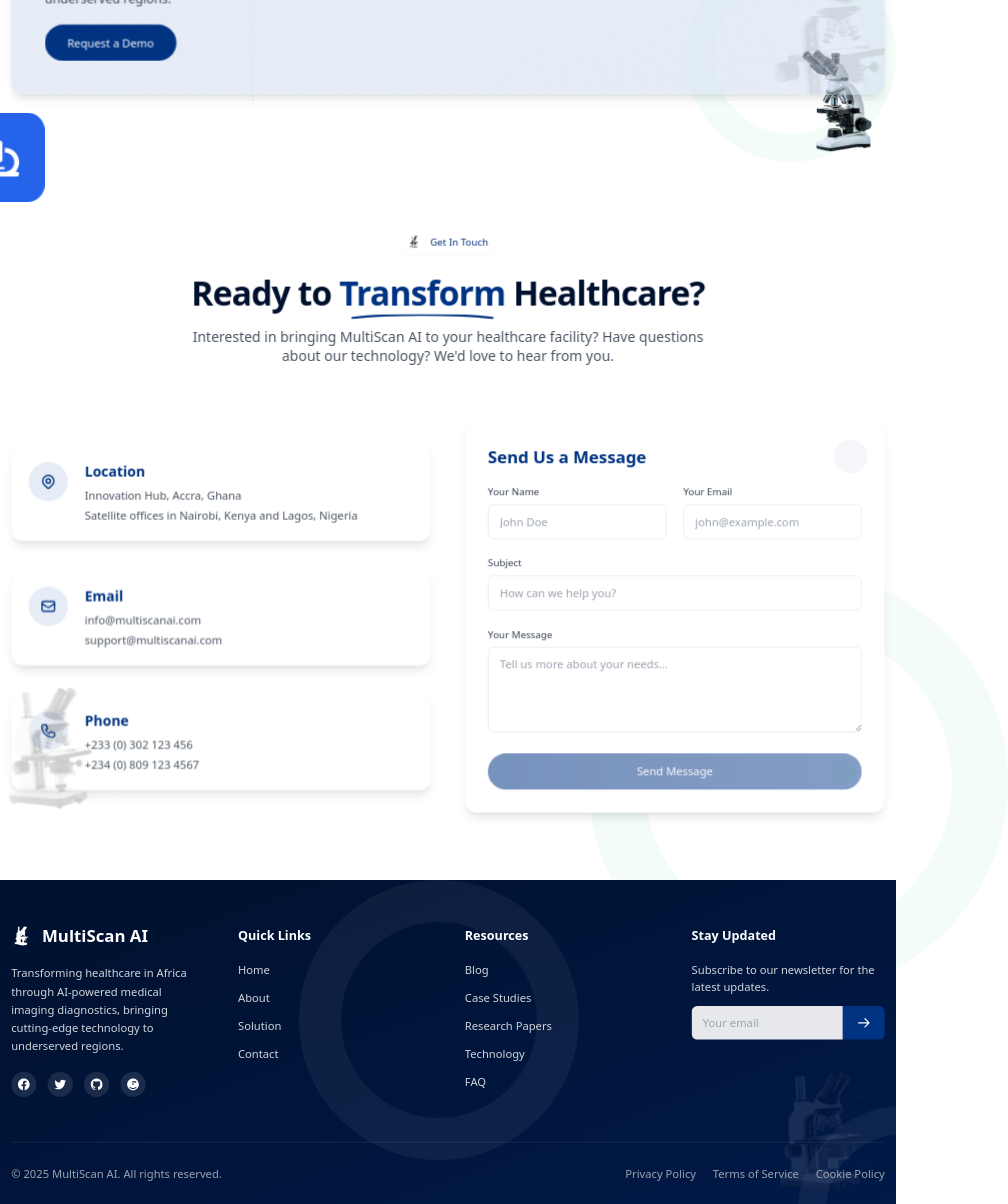
Repository: MultiScan-AI/multiscan-ai.github.io
Page: /
These files come from the project's save history. The page is drawn as it stood at one moment and after the next save; the edit follows.
The browser window is 1280 px wide. The page is 1440 px wide, so the pictures cover 1440 px, including what lies to the right of the window. The pictures show the part of the page from y = 3043 to 4763 px (the page is 4763 px tall), at 70% of full size.
The project was rebuilt for these pictures with package versions that can differ from the ones it lists, and the page was loaded fresh each time. Also part of the build but not shown: vite.config.js.

Above is the page before, as saved 2025-07-01 21:11:00.

After the next save:
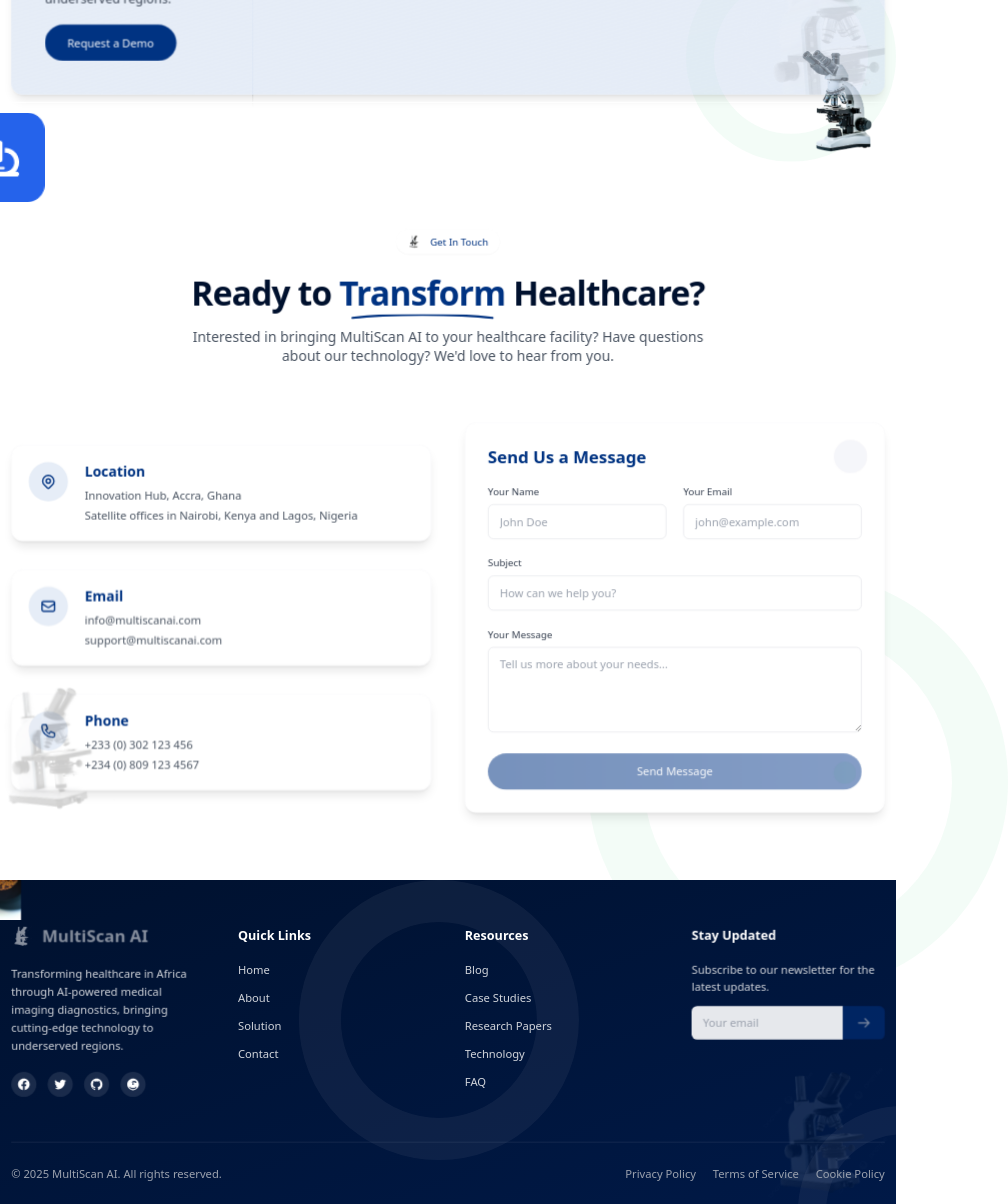
Saved 32 s later.
--- a/src/components/Footer.jsx
+++ b/src/components/Footer.jsx
@@ -4,6 +4,15 @@
 const Footer = () => {
   return (
     <footer className="bg-gradient-to-br from-custom-blue-900 to-custom-blue-800 text-white relative overflow-hidden">
+      {/* Floating blood cell image */}
+      <div className="absolute -top-16 -left-16 w-32 h-32 pointer-events-none floating">
+        <img
+          src={require('../assets/images/blood_cells.png')}
+          alt=""
+          className="w-full h-full object-contain"
+          aria-hidden="true"
+        />
+      </div>
       <div className="absolute inset-0 overflow-hidden opacity-5 pointer-events-none">
         <div className="absolute top-0 left-1/3 w-[400px] h-[400px] rounded-full border-[60px] border-white parallax-bg" data-speed="0.05"></div>
         <div className="absolute -bottom-40 -right-40 w-[300px] h-[300px] rounded-full border-[40px] border-white parallax-bg" data-speed="-0.05"></div>
@@ -24,14 +33,14 @@
           {/* Company Info */}
           <div className="scroll-fade-in">
             <div className="flex items-center space-x-3 mb-6">
-              <div className="w-8 h-8">
+              <div className="w-8 h-8 pulse-subtle">
                 <img
                   src={microscopeImg}
                   alt=""
                   className="w-full h-full object-contain filter brightness-0 invert"
                 />
               </div>
-              <h3 className="text-2xl font-bold text-white">MultiScan AI</h3>
+              <h3 className="text-2xl font-bold text-white pulse-subtle">MultiScan AI</h3>
             </div>
             <p className="mb-6 text-gray-300 leading-relaxed">
               Transforming healthcare in Africa through AI-powered medical imaging diagnostics, bringing cutting-edge technology to underserved regions.
@@ -95,7 +104,7 @@
               />
               <button
                 type="submit"
-                className="bg-custom-blue hover:bg-custom-blue-light text-white px-5 py-3 rounded-r-lg font-medium transition-all"
+                className="bg-custom-blue hover:bg-custom-blue-light text-white px-5 py-3 rounded-r-lg font-medium transition-all pulse-subtle"
               >
                 <svg xmlns="http://www.w3.org/2000/svg" className="h-5 w-5" fill="none" viewBox="0 0 24 24" stroke="currentColor">
                   <path strokeLinecap="round" strokeLinejoin="round" strokeWidth={2} d="M14 5l7 7m0 0l-7 7m7-7H3" />
